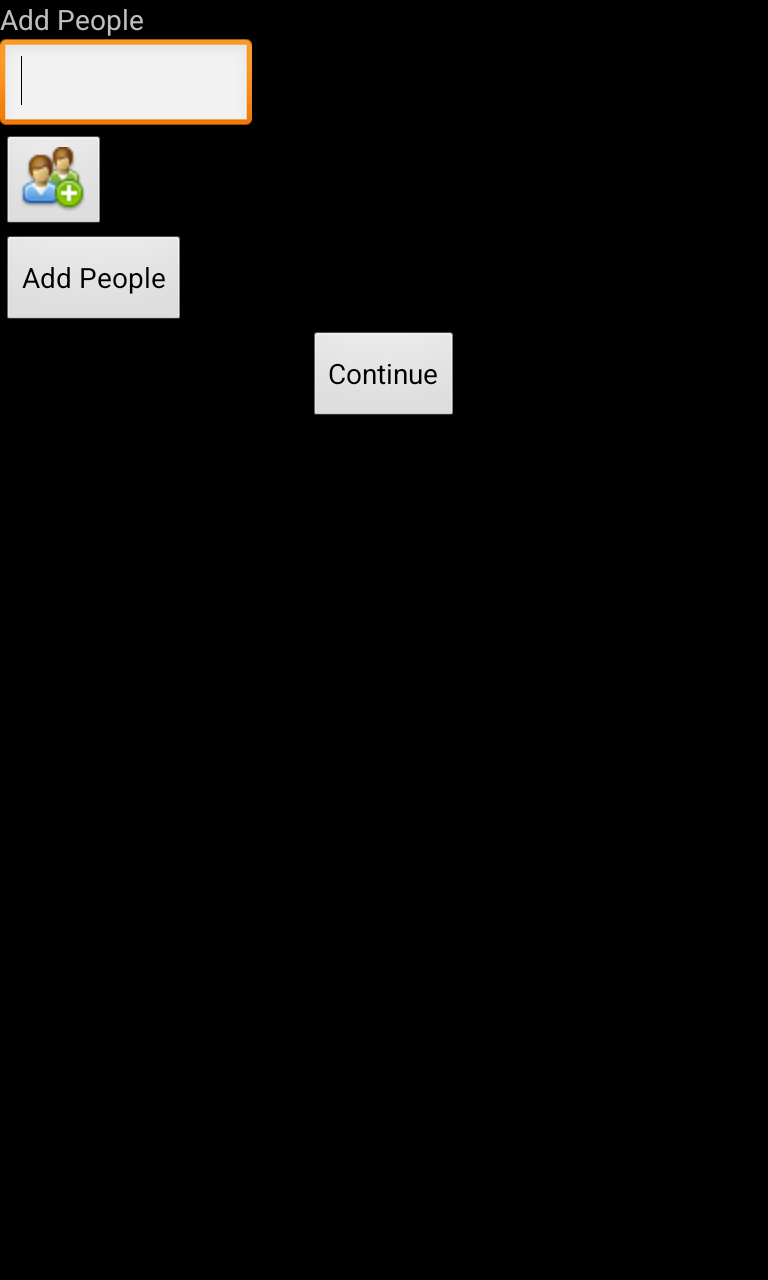
Repository: iyeranan/Expenses
Layout: Expenses/res/layout/main.xml
These files come from the project's save history. The layout is drawn as it stood at one moment and after the next save; the edit follows.
It is drawn on a 768 x 1280 px phone screen (xhdpi) without system bars, with theme android:Theme; the app's code is not run.

Above is the layout before, as saved 2012-01-15 01:51:07.

### Expenses/res/layout/main.xml
<?xml version="1.0" encoding="utf-8"?>
<LinearLayout xmlns:android="http://schemas.android.com/apk/res/android"
    android:orientation="vertical"
    android:layout_height="fill_parent" android:layout_width="fill_parent">
<TextView
    android:layout_width="fill_parent"
    android:layout_height="wrap_content"
    android:text="@string/addPeople"
    />
<EditText android:layout_height="wrap_content" android:id="@+id/textPerson" android:layout_width="126dp">
    <requestFocus></requestFocus>
</EditText>
<ImageButton android:src="@drawable/add_person" android:id="@+id/btnAddPeople" android:layout_height="wrap_content" android:layout_width="wrap_content"></ImageButton>
<Button android:layout_width="wrap_content" android:layout_height="wrap_content" android:text="Add People" android:id="@+id/btnAddPeople"></Button>
<TableLayout android:layout_width="fill_parent" android:layout_height="wrap_content" android:id="@+id/tblPersons">
</TableLayout>
<Button android:layout_height="wrap_content" android:layout_width="wrap_content" android:layout_gravity="center_vertical|center_horizontal" android:text="Continue" android:id="@+id/btnContinue"></Button>
</LinearLayout>

### Expenses/res/values/strings.xml
<?xml version="1.0" encoding="utf-8"?>
<resources>
    <string name="addPeople">Add People</string>
    <string name="app_name">Expenses</string>
    <string name="addExpenses">Add Expenses</string>
    <string name="ExpensesShare">ExpensesShare</string>
</resources>

After the next save:
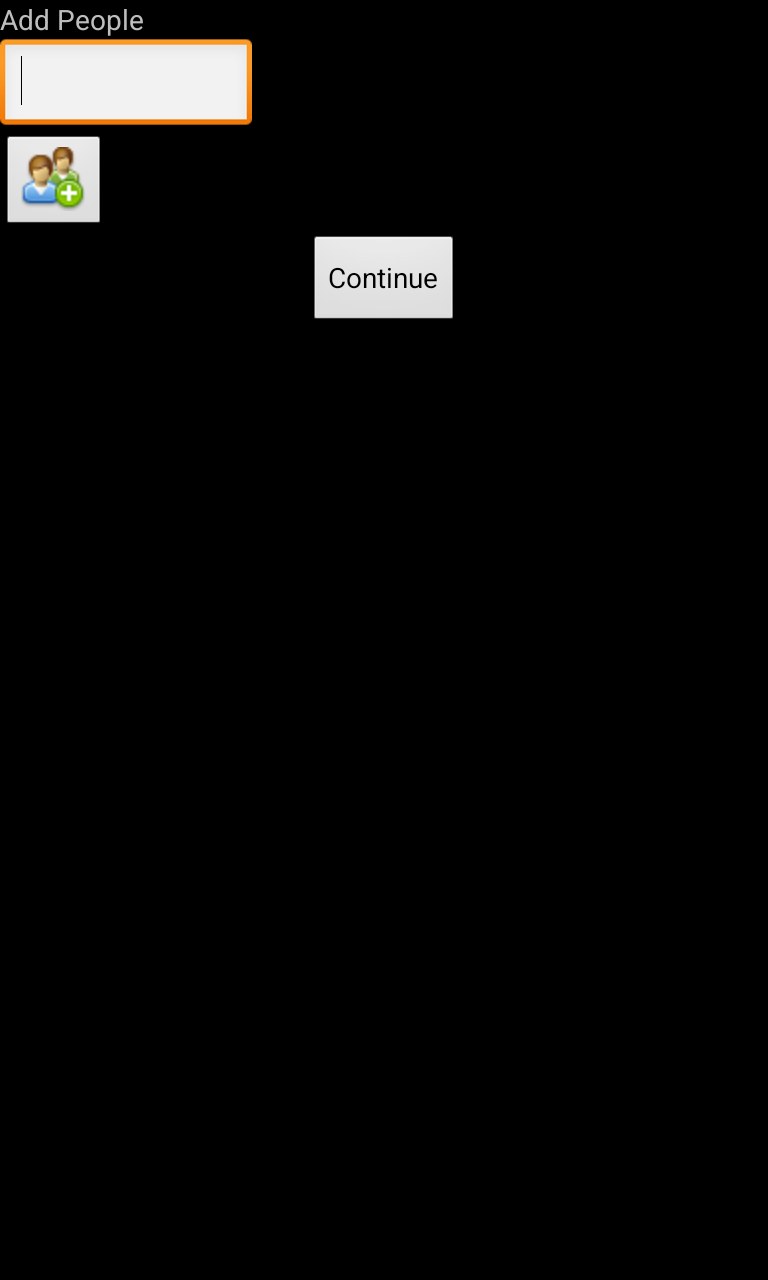
Saved 8 s later.
--- a/Expenses/res/layout/main.xml
+++ b/Expenses/res/layout/main.xml
@@ -11,7 +11,7 @@
     <requestFocus></requestFocus>
 </EditText>
 <ImageButton android:src="@drawable/add_person" android:id="@+id/btnAddPeople" android:layout_height="wrap_content" android:layout_width="wrap_content"></ImageButton>
-<Button android:layout_width="wrap_content" android:layout_height="wrap_content" android:text="Add People" android:id="@+id/btnAddPeople"></Button>
+<!-- <Button android:layout_width="wrap_content" android:layout_height="wrap_content" android:text="Add People" android:id="@+id/btnAddPeople"></Button> -->
 <TableLayout android:layout_width="fill_parent" android:layout_height="wrap_content" android:id="@+id/tblPersons">
 </TableLayout>
 <Button android:layout_height="wrap_content" android:layout_width="wrap_content" android:layout_gravity="center_vertical|center_horizontal" android:text="Continue" android:id="@+id/btnContinue"></Button>
